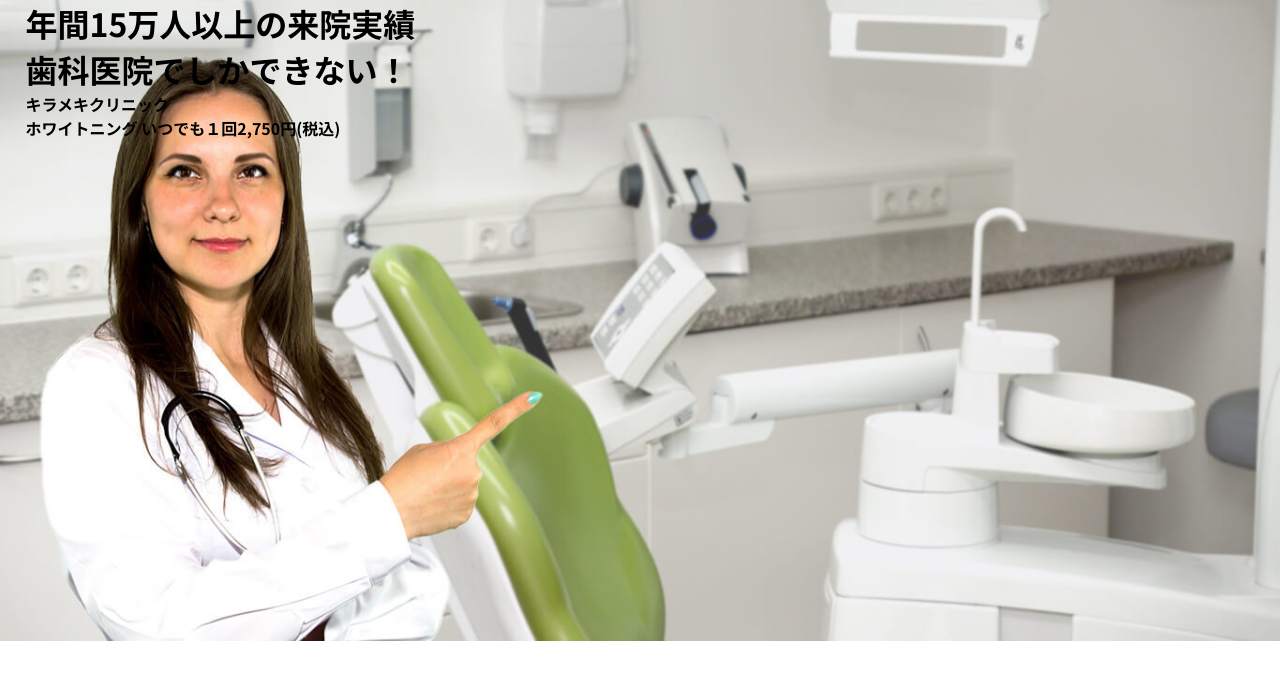
Repository: ryu-nuno/tech_academy_subwork
Page: first/index.html
The author's editor kept a record of every edit. The page is drawn from the files as they stood at one moment, then again after the next edit.
The browser window is 1280 px wide. The pictures show the whole page.
Some web libraries are served in a nearby version.

Above is the page before.

### first/index.html
<!DOCTYPE html>
<html lang="ja">

  <head>
    <title>first</title>
  <meta charset="utf-8">
  <meta name="description" content="kirameki clinic">
  <meta name="viewport" content="width=device-width, initial-scale=1">
  <meta property="og:site_name" content="キラメキクリニック｜歯科医院でホワイトニング" />
  <meta property="og:title" content="キラメキクリニック｜歯科医院でホワイトニング">
  <meta property="og:description" content="キラメキクリニックは、年間15万人以上の来院実績がある歯科医院です。有資格者によるプロの施術を1回2,750円〜で手軽にホワイトニングができます。ホワイトニングをしてみたい方はお問い合わせの上ぜひご来院ください！">
  <meta property="og:type" content="article">
  <meta property="og:url" content="https://demo.techacademy.jp/sidejob-selfstudy1/">
  <meta property="og:image" content="https://demo.techacademy.jp/sidejob-selfstudy1/images/main_pc.jpg">
  <meta property="og:locale" content="ja_JP">
  <link rel="stylesheet" href="assets/ress/ress.min.css">
  <link rel="stylesheet" href="css/style.css">
  <script src="https://kit.fontawesome.com/ab2670e4fc.js" crossorigin="anonymous"></script>
  </head>

  <body>
    <header>
      <div class="container">
        <div class="contents-width">
          <div class="wrapper">
          <h1>
          <span>年間15万人以上の来院実績</span><br>
          <span>歯科医院でしかできない！</span><br>
          </h1>
          <p>キラメキクリニック</p>
          <span>ホワイトニング</span>
          <span>いつでも１回2,750円(税込)</span>
          </div>
        </div>
      </div>
    </header>
  </body>

### first/assets/ress/ress.min.css
/*!
 * ress.css • v4.0.0
 * MIT License
 * github.com/filipelinhares/ress
 */html{box-sizing:border-box;-webkit-text-size-adjust:100%;word-break:normal;-moz-tab-size:4;tab-size:4}*,:after,:before{background-repeat:no-repeat;box-sizing:inherit}:after,:before{text-decoration:inherit;vertical-align:inherit}*{padding:0;margin:0}hr{overflow:visible;height:0;color:inherit}details,main{display:block}summary{display:list-item}small{font-size:80%}[hidden]{display:none}abbr[title]{border-bottom:none;text-decoration:underline;text-decoration:underline dotted}a{background-color:transparent}a:active,a:hover{outline-width:0}code,kbd,pre,samp{font-family:monospace,monospace}pre{font-size:1em}b,strong{font-weight:bolder}sub,sup{font-size:75%;line-height:0;position:relative;vertical-align:baseline}sub{bottom:-.25em}sup{top:-.5em}table{border-color:inherit;text-indent:0}input{border-radius:0}[disabled]{cursor:default}[type=number]::-webkit-inner-spin-button,[type=number]::-webkit-outer-spin-button{height:auto}[type=search]{-webkit-appearance:textfield;outline-offset:-2px}[type=search]::-webkit-search-decoration{-webkit-appearance:none}textarea{overflow:auto;resize:vertical}button,input,optgroup,select,textarea{font:inherit}optgroup{font-weight:700}button{overflow:visible}button,select{text-transform:none}[role=button],[type=button],[type=reset],[type=submit],button{cursor:pointer;color:inherit}[type=button]::-moz-focus-inner,[type=reset]::-moz-focus-inner,[type=submit]::-moz-focus-inner,button::-moz-focus-inner{border-style:none;padding:0}[type=button]::-moz-focus-inner,[type=reset]::-moz-focus-inner,[type=submit]::-moz-focus-inner,button:-moz-focusring{outline:1px dotted ButtonText}[type=reset],[type=submit],button,html [type=button]{-webkit-appearance:button}button,input,select,textarea{background-color:transparent;border-style:none}a:focus,button:focus,input:focus,select:focus,textarea:focus{outline-width:0}select{-moz-appearance:none;-webkit-appearance:none}select::-ms-expand{display:none}select::-ms-value{color:currentColor}legend{border:0;color:inherit;display:table;white-space:normal;max-width:100%}::-webkit-file-upload-button{-webkit-appearance:button;color:inherit;font:inherit}img{border-style:none}progress{vertical-align:baseline}[aria-busy=true]{cursor:progress}[aria-controls]{cursor:pointer}[aria-disabled=true]{cursor:default}

### first/css/style.css
@charset "UTF-8"; /* 文字コードの指定 */
@import url('https://fonts.googleapis.com/css2?family=Noto+Sans+JP:wght@400;700;900&display=swap');
@import url('https://fonts.googleapis.com/css2?family=Noto+Serif+JP:wght@400;700&display=swap');


body {
    font-family: 'Noto Sans JP',sans-serif;
    font-weight: 900;
    color: #000000;
}

header{
  background-image: url(../img/main_pc.jpg);
  height: 50.073vw;
  background-size: cover;

}

.container{

  padding: 0 1.6rem;

}

.content-width{
  display: flex;
  justify-content: flex-end;
  height: 100%;
  align-items:center;
}

.wrapper{
  max-width: 55.5rem;
}

After the next edit:
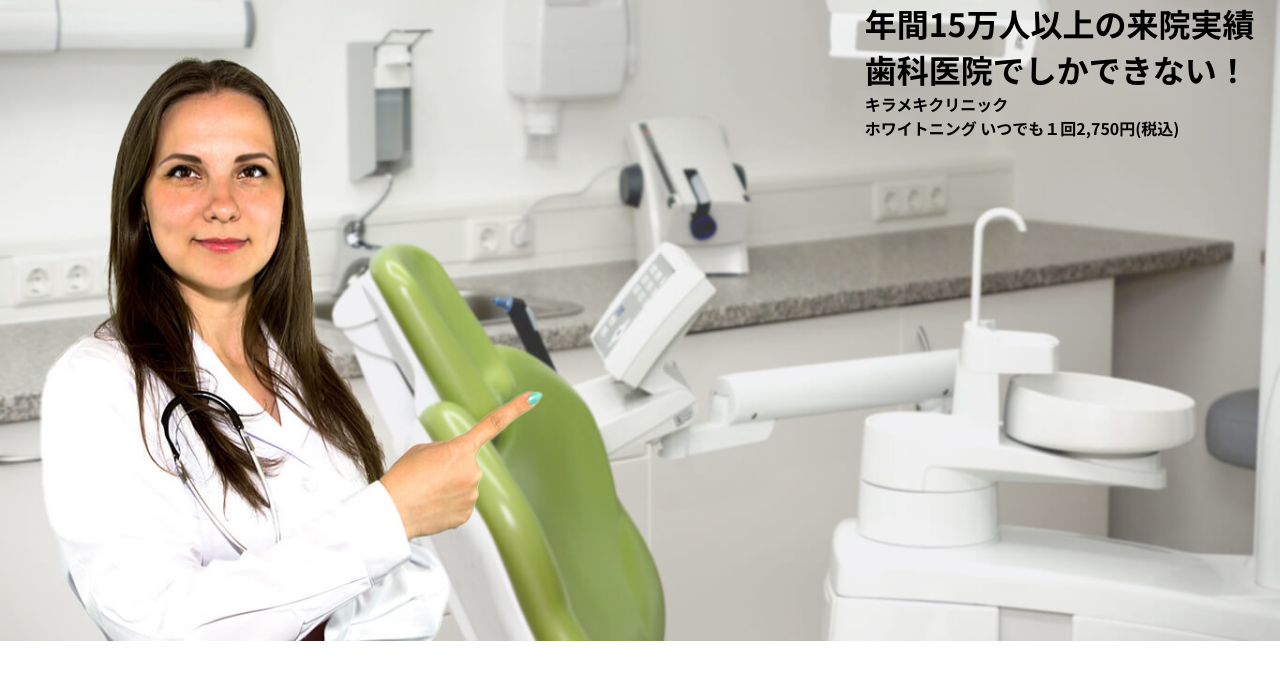
The edit:
--- a/first/css/style.css
+++ b/first/css/style.css
@@ -22,7 +22,7 @@
 
 }
 
-.content-width{
+.contents-width{
   display: flex;
   justify-content: flex-end;
   height: 100%;
